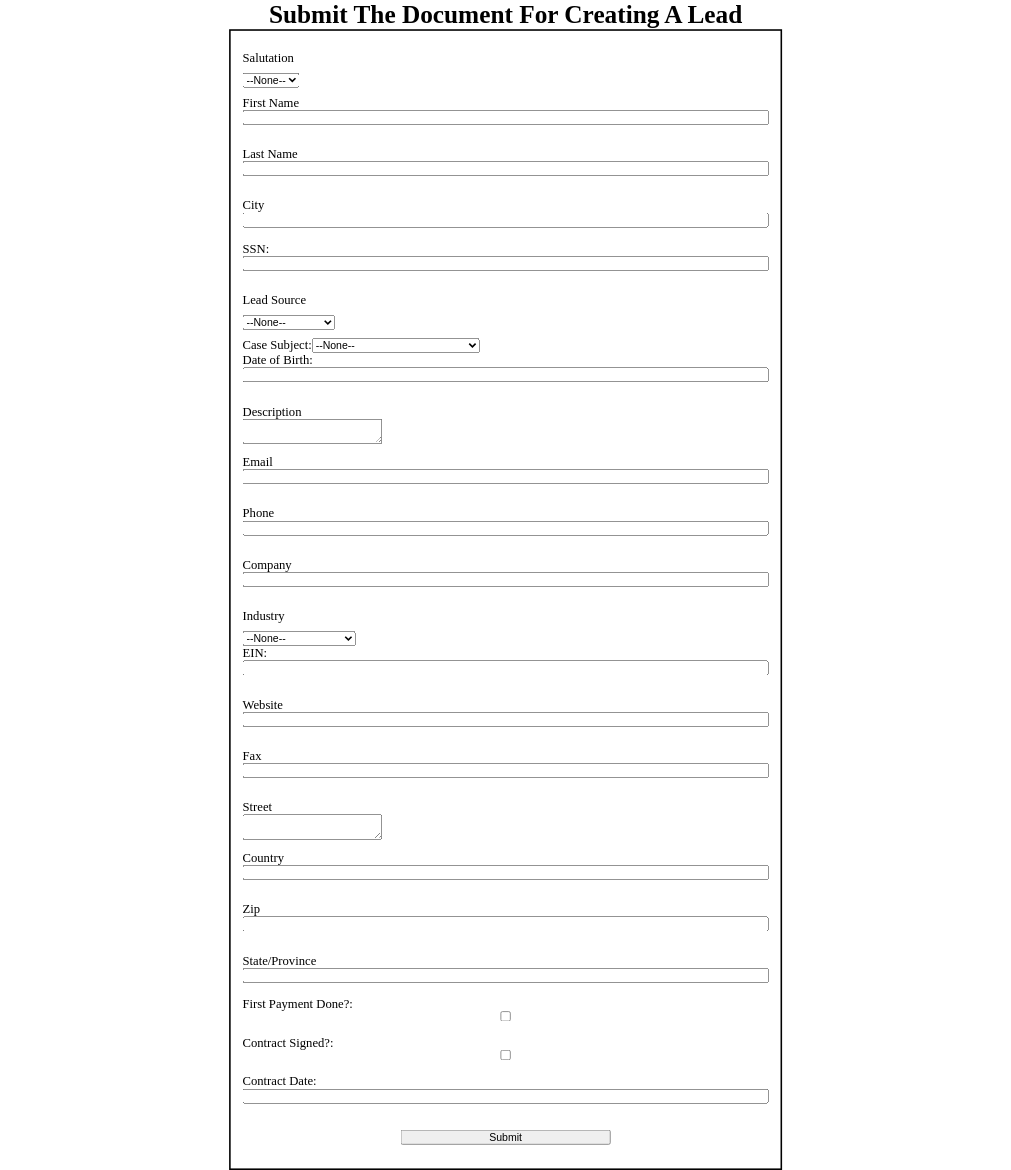
Repository: yaseminvural99/changeForce
Page: index.html
These files come from the project's save history. The page is drawn as it stood at one moment and after a run of saves; the edit follows.
The browser window is 1280 px wide. The pictures show the whole page, at 79% of full size.

Above is the page before, as saved 2024-04-26 21:59:33.

### index.html
<!DOCTYPE html>
<html lang="en">
<head>
    <meta charset="UTF-8">
    <meta name="'viewport" content="width=device-width, initial-scale=1.0">
    <title>Document</title>
    <link rel="stylesheet" href="style.css">
    <script>

    </script>
</head>
<body>
    <h1>Submit The Document For Creating A Lead</h1>

<META HTTP-EQUIV="Content-type" CONTENT="text/html; charset=UTF-8">


    <form action="https://test.salesforce.com/servlet/servlet.WebToLead?encoding=UTF-8&orgId=00DU8000000LYuv" method="POST">

    <input type=hidden name="oid" value="00DU8000000LYuv">
    <input type=hidden name="retURL" value="http://">


    <label for="salutation">Salutation</label><select  id="salutation" name="salutation"><option value="">--None--</option><option value="Mr.">Mr.</option>
    <option value="Ms.">Ms.</option>
    <option value="Mrs.">Mrs.</option>
    <option value="Dr.">Dr.</option>
    <option value="Prof.">Prof.</option>
    <option value="Mx.">Mx.</option>
    </select><br>

    <label for="first_name">First Name</label><input  id="first_name"  name="first_name" size="20" type="text" /><br>

    <label for="last_name">Last Name</label><input  id="last_name"  name="last_name" size="20" type="text" /><br>

    <label for="city">City</label><input  id="city" name="city" size="20" type="text" /><br>

    SSN:<input  id="00NU8000000K5Zp"  name="00NU8000000K5Zp" size="20" type="text" /><br>

    <label for="lead_source">Lead Source</label><select  id="lead_source" name="lead_source"><option value="">--None--</option><option value="Web">Web</option>
    <option value="Phone Inquiry">Phone Inquiry</option>
    <option value="Partner Referral">Partner Referral</option>
    <option value="Purchased List">Purchased List</option>
    <option value="Other">Other</option>
    </select><br>

    Case Subject:<select  id="00NU8000000K5Wb" name="00NU8000000K5Wb" title="Case Subject"><option value="">--None--</option><option value="Affirmative Asylum">Affirmative Asylum</option>
    <option value="AOS Through Asylum">AOS Through Asylum</option>
    <option value="AOS Through Lottery">AOS Through Lottery</option>
    <option value="AOS Through Marriage">AOS Through Marriage</option>
    <option value="Change of Status (B2-F1/J1-F1)">Change of Status (B2-F1/J1-F1)</option>
    <option value="Company Formation">Company Formation</option>
    <option value="Consular Processing (Marriage)">Consular Processing (Marriage)</option>
    <option value="Defensive Asylum (!Non-NTA)">Defensive Asylum (!Non-NTA)</option>
    <option value="Defensive Asylum (Non-NTA)">Defensive Asylum (Non-NTA)</option>
    <option value="Defensive Asylum (NTA)">Defensive Asylum (NTA)</option>
    <option value="E-2 (Change of status)">E-2 (Change of status)</option>
    <option value="E-2 visa">E-2 visa</option>
    <option value="General Immigration">General Immigration</option>
    <option value="I-130 (Marriage)">I-130 (Marriage)</option>
    <option value="I-601A Waiver">I-601A Waiver</option>
    <option value="I-730 (Asylee Relative Petition)">I-730 (Asylee Relative Petition)</option>
    <option value="I-751 (Removing Conditions)">I-751 (Removing Conditions)</option>
    <option value="I-765">I-765</option>
    <option value="J-1 2 Year Rule Waiver">J-1 2 Year Rule Waiver</option>
    <option value="K-1 visa">K-1 visa</option>
    <option value="Mandamus">Mandamus</option>
    <option value="Naturalization">Naturalization</option>
    <option value="Personal Injury">Personal Injury</option>
    <option value="Uncontested Divorce">Uncontested Divorce</option>
    <option value="U visa">U visa</option>
    <option value="VAWA">VAWA</option>
    </select><br>

    Date of Birth:<span class="dateInput dateOnlyInput"><input  id="00NU8000000K5bR" name="00NU8000000K5bR" size="12" type="text" /></span><br>

    <label for="description">Description</label><textarea name="description"></textarea><br>

    <label for="email">Email</label><input  id="email"  name="email" size="20" type="text" /><br>

    <label for="phone">Phone</label><input  id="phone" name="phone" size="20" type="text" /><br>

    <label for="company">Company</label><input  id="company" name="company" size="20" type="text" /><br>

    <label for="industry">Industry</label><select  id="industry" name="industry"><option value="">--None--</option><option value="Agriculture">Agriculture</option>
    <option value="Apparel">Apparel</option>
    <option value="Banking">Banking</option>
    <option value="Biotechnology">Biotechnology</option>
    <option value="Chemicals">Chemicals</option>
    <option value="Communications">Communications</option>
    <option value="Construction">Construction</option>
    <option value="Consulting">Consulting</option>
    <option value="Education">Education</option>
    <option value="Electronics">Electronics</option>
    <option value="Energy">Energy</option>
    <option value="Engineering">Engineering</option>
    <option value="Entertainment">Entertainment</option>
    <option value="Environmental">Environmental</option>
    <option value="Finance">Finance</option>
    <option value="Food &amp; Beverage">Food &amp; Beverage</option>
    <option value="Government">Government</option>
    <option value="Healthcare">Healthcare</option>
    <option value="Hospitality">Hospitality</option>
    <option value="Insurance">Insurance</option>
    <option value="Machinery">Machinery</option>
    <option value="Manufacturing">Manufacturing</option>
    <option value="Media">Media</option>
    <option value="Not For Profit">Not For Profit</option>
    <option value="Recreation">Recreation</option>
    <option value="Retail">Retail</option>
    <option value="Shipping">Shipping</option>
    <option value="Technology">Technology</option>
    <option value="Telecommunications">Telecommunications</option>
    <option value="Transportation">Transportation</option>
    <option value="Utilities">Utilities</option>
    <option value="Other">Other</option>
    </select><br>

    EIN:<input  id="00NU8000000K5YD"  name="00NU8000000K5YD" size="20" type="text" /><br>

    <label for="url">Website</label><input  id="url" name="url" size="20" type="text" /><br>

    <label for="fax">Fax</label><input  id="fax" name="fax" size="20" type="text" /><br>

    <label for="street">Street</label><textarea name="street"></textarea><br>

    <label for="country">Country</label><input  id="country"  name="country" size="20" type="text" /><br>

    <label for="zip">Zip</label><input  id="zip"name="zip" size="20" type="text" /><br>

    <label for="state">State/Province</label><input  id="state"  name="state" size="20" type="text" /><br>

    First Payment Done?:<input  id="00NU8000000K5d3" name="00NU8000000K5d3" type="checkbox" value="1" /><br>

    Contract Signed?:<input  id="00NU8000000K5gH" name="00NU8000000K5gH" type="checkbox" value="1" /><br>

    Contract Date:<span class="dateInput dateOnlyInput"><input  id="00NU8000000K5ef" name="00NU8000000K5ef" size="12" type="text" /></span><br>

    <input type="submit" name="submit">

    </form>
</body>
</html>

### style.css
*{
    margin: 0;
    padding: 0;
    box-sizing: border-box;
}
h1{
    text-align: center;
}
label, input{
    display: block;

}
label{
    margin-top: 10px;
}
input{
    width: 100%;
}
form{
    min-width: 500px;
    max-width: 700px;
    margin: 0 auto;
    border: 2px solid black;
    padding: 15px;
}
select{
    margin-top: 10px;

}
option{
    margin-top: 10px;


}
input[type="submit"]{
    margin: 15px auto;
    width: 40%;


}

After the next 2 saves:
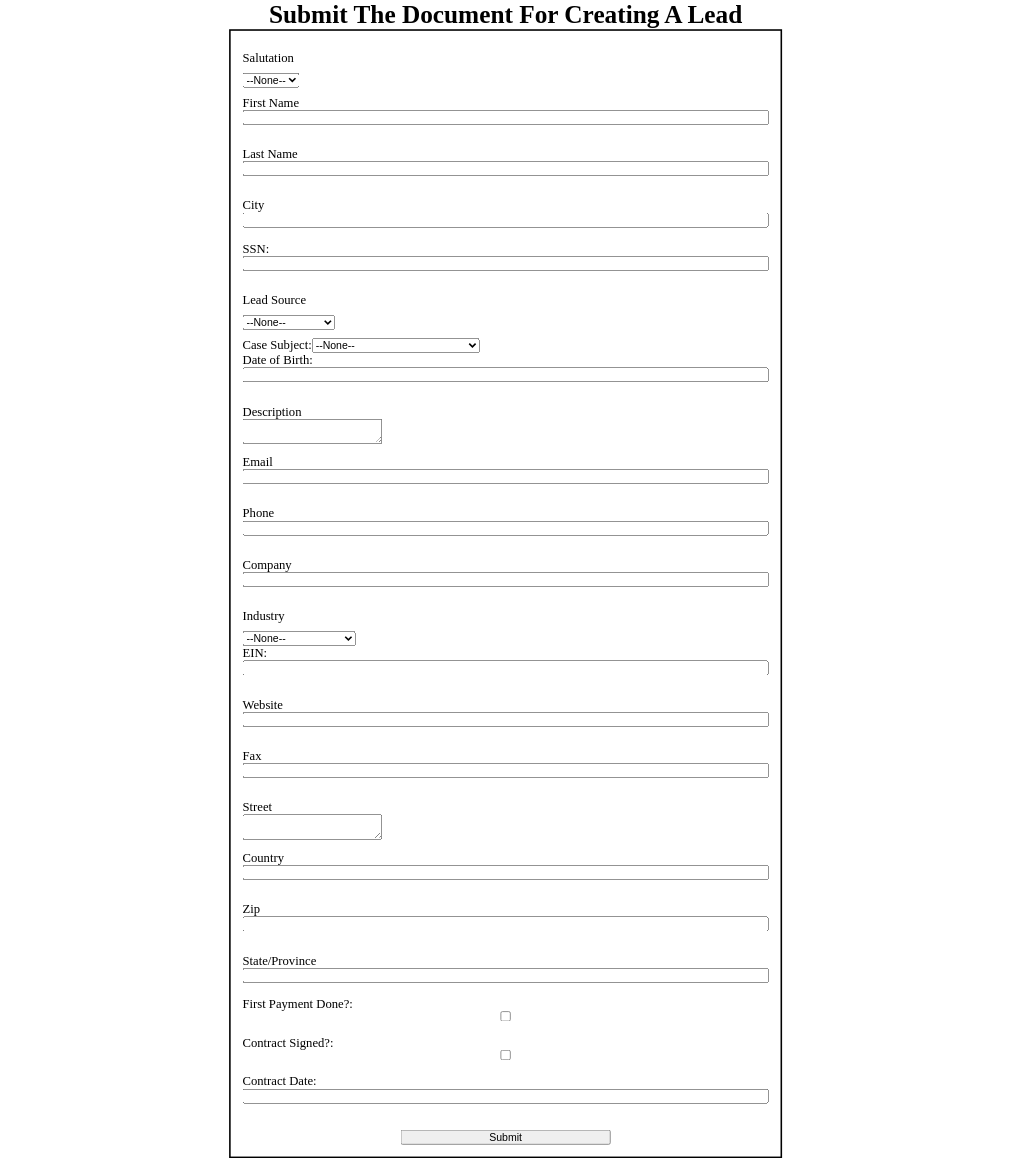
The 2 saves are shown as one change because they came seconds apart.
The last was saved 6 s later.
--- a/style.css
+++ b/style.css
@@ -33,7 +33,7 @@ option{
 
 }
 input[type="submit"]{
-    margin: 15px auto;
+    margin: 15px auto 0 auto;
     width: 40%;
 
 
